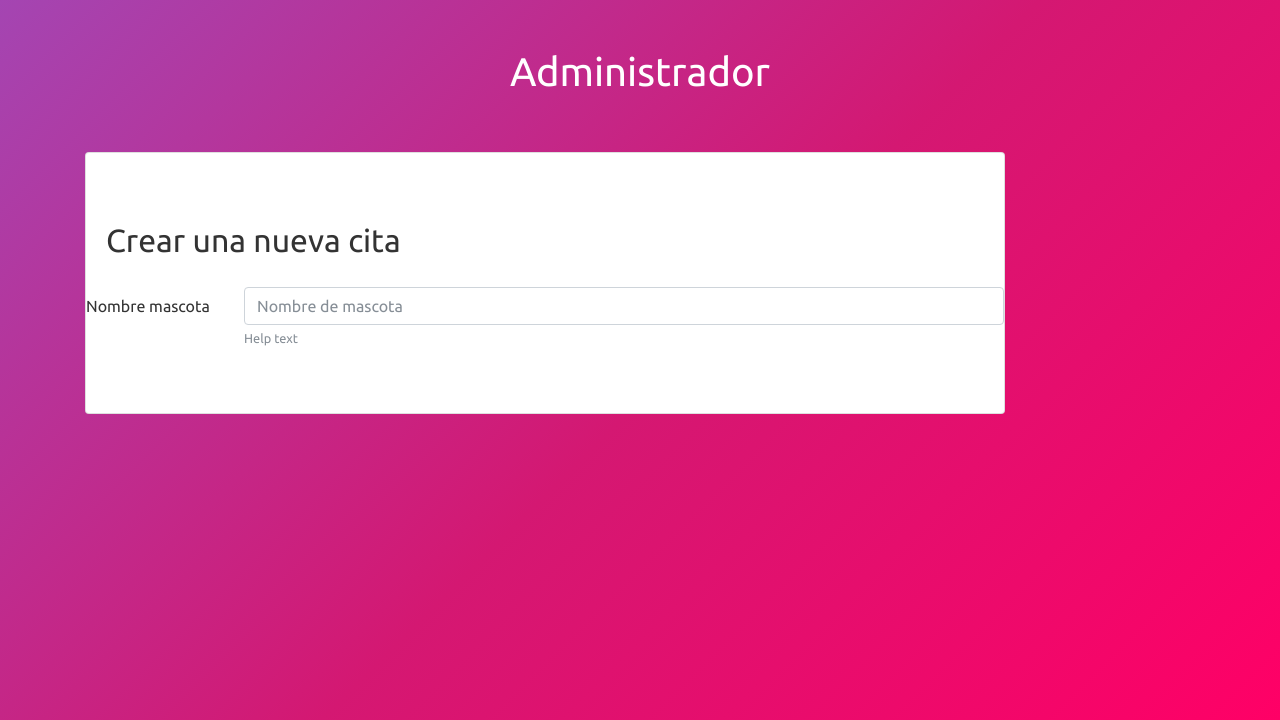
Repository: harrycampaz/react-veterinario-form
Page: /
The author's editor kept a copy of each file at every save. The page is drawn from the files as they stood at one save, then again after the next save.
The browser window is 1280 px wide. The pictures show the whole page.
The project was rebuilt for these pictures with package versions that can differ from the ones it lists, and the page was loaded fresh each time.

Above is the page before, as saved 2020-01-16 14:13:08.

### src/App.js
import React, { Component } from "react";
import "./bootstrap.min.css";
import Header from "./components/ui/Header";
import NuevaCita from "./components/layout/NuevaCita";

class App extends Component {
  state = {};
  render() {
    return (
      <div className="container">
        <Header titulo="Administrador" />
        <div className="row">
          <div className="col-md-10 max-auto">
            <NuevaCita />
          </div>
        </div>
      </div>
    );
  }
}

export default App;

### src/components/ui/Header.js
import React from 'react';

const Header = ({titulo}) => {
    return (
      <header>
<h1 className="text-center"> {titulo}</h1>
      </header>
    );
};

export default Header;

### src/components/layout/NuevaCita.js
import React, { Component } from "react";

class NuevaCita extends Component {
  render() {
    return (
      <div className="card mt-5 py-5">
        <div className="card-body">
          <h2> Crear una nueva cita</h2>
        </div>

        <form>
          <div class="form-group row">
            <label className='col-sm-4 col-lg-2 col-form-label' for="nombre">Nombre mascota</label>
           <div className="col-sm-8 col-lg-10">
           <input
              type="text"
              className="form-control"
              name="mascota"
              id="mascota"
              aria-describedby="emailHelpId"
              placeholder="Nombre de mascota"
            />
            <small id="emailHelpId" class="form-text text-muted">
              Help text
            </small>
           </div>
          </div>
        </form>
      </div>
    );
  }
}

export default NuevaCita;

Loaded but not shown: public/index.html (common file); src/index.js (common file); src/index.css (common file); src/serviceWorker.js (common file); src/bootstrap.min.css (library)

After the next save:
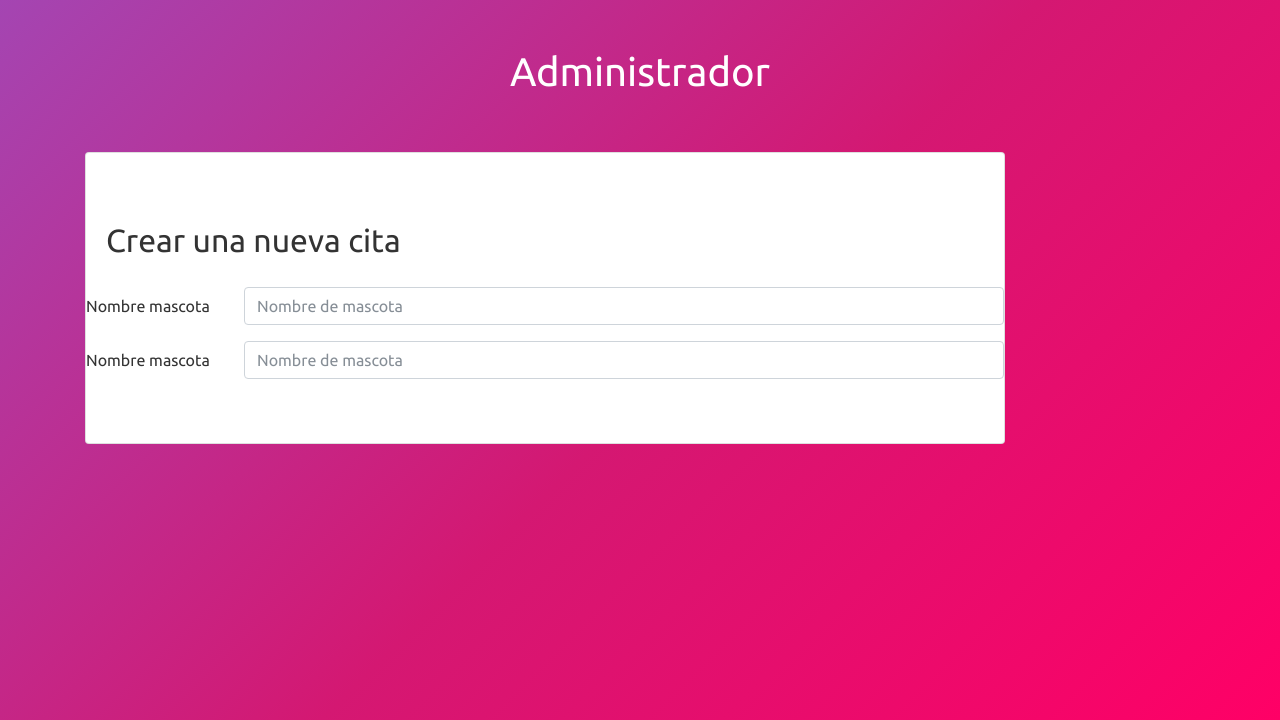
Saved 37 s later.
--- a/src/components/layout/NuevaCita.js
+++ b/src/components/layout/NuevaCita.js
@@ -20,9 +20,21 @@ class NuevaCita extends Component {
               aria-describedby="emailHelpId"
               placeholder="Nombre de mascota"
             />
-            <small id="emailHelpId" class="form-text text-muted">
-              Help text
-            </small>
+
+           </div>
+          </div>
+          <div class="form-group row">
+            <label className='col-sm-4 col-lg-2 col-form-label' for="nombre">Nombre mascota</label>
+           <div className="col-sm-8 col-lg-10">
+           <input
+              type="text"
+              className="form-control"
+              name="mascota"
+              id="mascota"
+              aria-describedby="emailHelpId"
+              placeholder="Nombre de mascota"
+            />
+
            </div>
           </div>
         </form>
